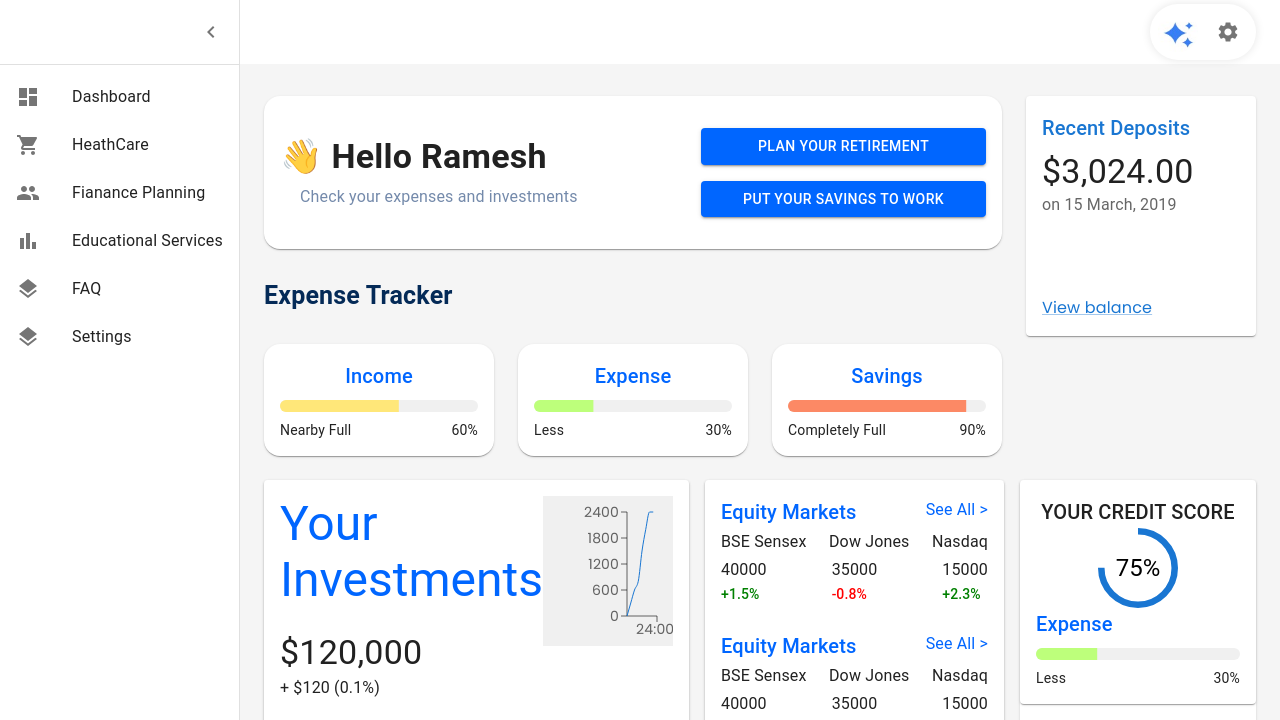
Repository: shubhampirate/TIAA_Retirement_hackathon
Page: /
These files come from the project's save history. The page is drawn as it stood at one moment and after the next save; the edit follows.
The browser window is 1280 px wide. The pictures show the whole page.
An inner scrolling area shows only its first screen. The project was rebuilt for these pictures with package versions that can differ from the ones it lists, and the page was loaded fresh each time. Also part of the build but not shown: src/Components/CustomButton.jsx, src/Components/Navbar.jsx, src/Components/Properties.jsx, src/Components/Footer.jsx, src/Components/Hero.jsx, src/pages/Sign_In.jsx.

Above is the page before, as saved 2023-11-15 13:04:34.

### src/index.css
@import url("https://fonts.googleapis.com/css2?family=Poppins:wght@400;500;700&display=swap");

* {
  margin: 0;
  padding: 0;
  box-sizing: border-box;
  font-family: "Poppins", sans-serif;
}

body {
  margin: 0;
  -webkit-font-smoothing: antialiased;
  -moz-osx-font-smoothing: grayscale;
}

code {
  font-family: source-code-pro, Menlo, Monaco, Consolas, "Courier New",
    monospace;
}

### src/App.jsx
import Hero from "./Components/Hero";
import SignIn from "./pages/Sign_In";
import Dashboard from "./Components/Dashboard";

function App() {
  return (
    <>
      {/* <Hero /> */}
      {/* <SignIn/> */}
      <Dashboard />
    </>
  );
}

export default App;

### src/Components/Dashboard.jsx
import * as React from 'react';
import { styled, createTheme, ThemeProvider } from '@mui/material/styles';
import CssBaseline from '@mui/material/CssBaseline';
import MuiDrawer from '@mui/material/Drawer';
import Box from '@mui/material/Box';
import MuiAppBar from '@mui/material/AppBar';
import Toolbar from '@mui/material/Toolbar';
import List from '@mui/material/List';
import Typography from '@mui/material/Typography';
import Divider from '@mui/material/Divider';
import IconButton from '@mui/material/IconButton';
// import Badge from '@mui/material/Badge';
import Container from '@mui/material/Container';
import Grid from '@mui/material/Grid';
import Paper from '@mui/material/Paper';
// import Link from '@mui/material/Link';
import MenuIcon from '@mui/icons-material/Menu';
import ChevronLeftIcon from '@mui/icons-material/ChevronLeft';
// import NotificationsIcon from '@mui/icons-material/Notifications';
import SettingsIcon from '@mui/icons-material/Settings';
import { mainListItems } from './listItems';
// import Chart from './Chart';
import Deposits from './Deposits';

import heroImg_3 from "../media/img_3.jpeg";
import Button from '@mui/material/Button';
import LinearProgress from '@mui/material/LinearProgress';
import YourComponent from './YourComponent';

  const Title = styled(Typography)(({ theme }) => ({
    fontSize: "25px",
    color: "#042A57",
    fontWeight: "bold",
    textAlign: "left",
    margin: theme.spacing(4, 0, 4, 0),
    [theme.breakpoints.down("sm")]: {
      fontSize: "30px",
    },
  }));
const drawerWidth = 240;

const AppBar = styled(MuiAppBar, {
  shouldForwardProp: (prop) => prop !== 'open',
})(({ theme, open }) => ({
  zIndex: theme.zIndex.drawer + 1,
  transition: theme.transitions.create(['width', 'margin'], {
    easing: theme.transitions.easing.sharp,
    duration: theme.transitions.duration.leavingScreen,
  }),
  ...(open && {
    marginLeft: drawerWidth,
    width: `calc(100% - ${drawerWidth}px)`,
    transition: theme.transitions.create(['width', 'margin'], {
      easing: theme.transitions.easing.sharp,
      duration: theme.transitions.duration.enteringScreen,
    }),
  }),
}));


const ProgressBarBox = ({ title, value }) => {
    let indicatorText = '';
    let color = '';

    if (value <= 30) {
      indicatorText = 'Less';
      color = '#BDFF7B';
    } else if (value <= 70) {
      indicatorText = 'Nearby Full';
      color = '#FFE779';
    } else {
      indicatorText = 'Completely Full';
      color = '#FC8965';
    }

    return (
      <Grid item xs={12} sm={6} md={4}>
        <Paper
          sx={{
            p: 2,
            display: 'flex',
            flexDirection: 'column',
            alignItems: 'center',
            borderRadius: '16px',
          }}
        >
          <Typography variant="h6" sx={{ mb: 1, color: "#0066FF" }}>
            {title}
          </Typography>
          <LinearProgress
          variant="determinate"
          value={value}
          sx={{
            width: '100%',
            height: '12px',
            borderRadius: '8px',
            backgroundColor: '#f0f0f0',
            marginBottom: '8px',
            '& .MuiLinearProgress-bar': {
              backgroundColor: color,
            },
          }}
        />

          <Box
          sx={{
            display: 'flex',
            justifyContent: 'space-between',
            width: '100%',

          }}
        >
          <Typography variant="body2">{indicatorText}</Typography>
          <Typography variant="body2">{value}%</Typography>
        </Box>
        </Paper>
      </Grid>
    );
  };
const Drawer = styled(MuiDrawer, { shouldForwardProp: (prop) => prop !== 'open' })(
  ({ theme, open }) => ({
    '& .MuiDrawer-paper': {
      position: 'relative',
      whiteSpace: 'nowrap',
      width: drawerWidth,
      transition: theme.transitions.create('width', {
        easing: theme.transitions.easing.sharp,
        duration: theme.transitions.duration.enteringScreen,
      }),
      boxSizing: 'border-box',
      ...(!open && {
        overflowX: 'hidden',
        transition: theme.transitions.create('width', {
          easing: theme.transitions.easing.sharp,
          duration: theme.transitions.duration.leavingScreen,
        }),
        width: theme.spacing(7),
        [theme.breakpoints.up('sm')]: {
          width: theme.spacing(9),
        },
      }),
    },
  }),
);

// TODO remove, this demo shouldn't need to reset the theme.
const defaultTheme = createTheme();

export default function Dashboard() {
  const [open, setOpen] = React.useState(true);
  const toggleDrawer = () => {
    setOpen(!open);
  };

  return (
    <ThemeProvider theme={defaultTheme}>
      <Box sx={{ display: 'flex' }}>
        <CssBaseline />
        <AppBar position="absolute" open={open} sx={{ backgroundColor: "#fff", boxShadow: 'none' }}>
  <Toolbar
    sx={{
      pr: '24px', // keep right padding when drawer closed
      display: 'flex',
      alignItems: 'center',
      justifyContent: 'space-between',
    }}
  >
    <Box sx={{ display: 'flex', alignItems: 'center' }}>
      <IconButton
        edge="start"
        aria-label="open drawer"
        onClick={toggleDrawer}
        sx={{
          marginRight: '36px',
          ...(open && { display: 'none' }),
        }}
      >
        <MenuIcon />
      </IconButton>

    </Box>

    <Box sx={{ display: 'flex', alignItems: 'center', boxShadow: '0px 0px 10px rgba(0, 0, 0, 0.1)', borderRadius: '40px', padding: '8px' }}>
  {/* User profile image */}
  <img
    src={heroImg_3}
    alt="User Profile"
    style={{ borderRadius: '50%', width: '40px', height: '40px', marginRight: '10px' }}
  />

  {/* Settings button */}
  <IconButton >

    <SettingsIcon />
  </IconButton>
</Box>
  </Toolbar>
</AppBar>

        <Drawer variant="permanent" open={open}>
          <Toolbar
            sx={{
              display: 'flex',
              alignItems: 'center',
              justifyContent: 'flex-end',
              px: [1],
            }}
          >
            <IconButton onClick={toggleDrawer}>
              <ChevronLeftIcon />
            </IconButton>
          </Toolbar>
          <Divider />
          <List component="nav">
            {mainListItems}
            {/* <Divider sx={{ my: 1 }} /> */}
            {/* {secondaryListItems} */}
          </List>
        </Drawer>
        <Box
          component="main"
          sx={{
            backgroundColor: (theme) =>
              theme.palette.mode === 'light'
                ? theme.palette.grey[100]
                : theme.palette.grey[900],
            flexGrow: 1,
            height: '100vh',
            overflow: 'auto',
          }}
        >
          <Toolbar />
          <Container maxWidth="lg" sx={{ mt: 4, mb: 4 }}>
            <Grid container spacing={3}>

            <Grid item xs={12} md={8} lg={9}>
  <Paper
    sx={{
      p: 2,
      display: 'flex',
      flexDirection: 'column',
      alignItems: 'center',
      borderRadius: '16px', // Adjust the value as needed for more or less curvature
    }}
  >
    {/* Left side content */}
    <Grid container spacing={2} alignItems="center">
      <Grid item xs={12} md={7 }>
        <Typography variant="h4" sx={{ mb: 1, fontWeight: 'bold'}}>
        👋  Hello Ramesh
        </Typography>
        <Typography variant="body1" sx={{color:"#748AAB", paddingLeft:"20px"}}>
          Check your expenses and investments
        </Typography>
      </Grid>

      {/* Right side content */}
      <Grid item xs={12} md={5} sx={{ display: 'flex', flexDirection: 'column', alignItems: 'center' }}>
        <Button variant="contained"  sx={{ width: '100%', backgroundColor: '#0066FF', color: '#fff', mb: { xs: 1, md: 2 } ,mt:{xs:0, md:2}  }}>
        Plan your retirement
        </Button>
        <Button variant="contained"  sx={{ width: '100%', backgroundColor: '#0066FF', color: '#fff', mb:{xs:1, md:2} }}>
        Put your savings to work
        </Button>
      </Grid>
    </Grid>
  </Paper>
  <Title variant="h4" sx={{color: "#042A57"}}>
             Expense Tracker
            </Title>
            <Grid container spacing={3}>
      <ProgressBarBox title="Income" value={60} />
      <ProgressBarBox title="Expense" value={30} />
      <ProgressBarBox title="Savings" value={90} />
    </Grid>
</Grid>


               {/* Recent Deposits */}
              <Grid item xs={12} md={4} lg={3}>
                <Paper
                  sx={{
                    p: 2,
                    display: 'flex',
                    flexDirection: 'column',
                    height: 240,
                  }}
                >
                  <Deposits />
                </Paper>
              </Grid>
              {/* Recent Orders */}
              <Grid item xs={12}>
                {/* <Paper sx={{ p: 2, display: 'flex', flexDirection: 'column' }}> */}
                  <YourComponent />
                {/* </Paper> */}
              </Grid>
            </Grid>

          </Container>
        </Box>
      </Box>
    </ThemeProvider>
  );
}

### src/Components/listItems.jsx
import * as React from 'react';
import ListItemButton from '@mui/material/ListItemButton';
import ListItemIcon from '@mui/material/ListItemIcon';
import ListItemText from '@mui/material/ListItemText';
import ListSubheader from '@mui/material/ListSubheader';
import DashboardIcon from '@mui/icons-material/Dashboard';
import ShoppingCartIcon from '@mui/icons-material/ShoppingCart';
import PeopleIcon from '@mui/icons-material/People';
import BarChartIcon from '@mui/icons-material/BarChart';
import LayersIcon from '@mui/icons-material/Layers';
import AssignmentIcon from '@mui/icons-material/Assignment';

export const mainListItems = (
  <React.Fragment>
    <ListItemButton>
      <ListItemIcon>
        <DashboardIcon />
      </ListItemIcon>
      <ListItemText primary="Dashboard" />
    </ListItemButton>
    <ListItemButton>
      <ListItemIcon>
        <ShoppingCartIcon />
      </ListItemIcon>
      <ListItemText primary="HeathCare" />
    </ListItemButton>
    <ListItemButton>
      <ListItemIcon>
        <PeopleIcon />
      </ListItemIcon>
      <ListItemText primary="Fianance Planning" />
    </ListItemButton>
    <ListItemButton>
      <ListItemIcon>
        <BarChartIcon />
      </ListItemIcon>
      <ListItemText primary="Educational Services" />
    </ListItemButton>
    <ListItemButton>
      <ListItemIcon>
        <LayersIcon />
      </ListItemIcon>
      <ListItemText primary="FAQ" />
    </ListItemButton>
    <ListItemButton>
      <ListItemIcon>
        <LayersIcon />
      </ListItemIcon>
      <ListItemText primary="Settings" />
    </ListItemButton>
  </React.Fragment>
);

// export const secondaryListItems = (
//   <React.Fragment>
//     <ListSubheader component="div" inset>
//       Saved reports
//     </ListSubheader>
//     <ListItemButton>
//       <ListItemIcon>
//         <AssignmentIcon />
//       </ListItemIcon>
//       <ListItemText primary="Current month" />
//     </ListItemButton>
//     <ListItemButton>
//       <ListItemIcon>
//         <AssignmentIcon />
//       </ListItemIcon>
//       <ListItemText primary="Last quarter" />
//     </ListItemButton>
//     <ListItemButton>
//       <ListItemIcon>
//         <AssignmentIcon />
//       </ListItemIcon>
//       <ListItemText primary="Year-end sale" />
//     </ListItemButton>
//   </React.Fragment>
// );

### src/Components/YourComponent.jsx
import React from 'react';
import { Box,Grid, Paper, Typography, CircularProgress, LinearProgress, Button } from '@mui/material';
import Chart from './Chart';
// import ArrowForwardIcon from '@mui/icons-material/ArrowForward';



const InvestmentsBox = () => (
  <Paper sx={{ p: 2, display: 'flex', flexDirection: 'column', alignItems: 'center' }}>
    <div style={{ display: 'flex', justifyContent: 'space-between', width: '100%' }}>
      <div style={{ textAlign: 'left' }}>
        <Typography variant="h3" sx={{color: '#0066FF' }}>Your Investments</Typography>
        <Typography variant="h4" sx={{mt:3}}>$120,000</Typography>
        <Typography variant="subtitle1">+ $120 (0.1%)</Typography>
        {/* Options to choose from */}
        <div style={{ display: 'flex', marginTop: '30px' }}>
          <Button
            variant="contained"
            style={{
              backgroundColor: '#042A57',
              color: '#FFF',
              borderRadius: '50%',
              minWidth: 'unset',
              marginRight: '5px',
            }}
          >
            1 D
          </Button>
          <Button
            variant="contained"
            style={{
              backgroundColor: '#042A57',
              color: '#FFF',
              borderRadius: '50%',
              minWidth: 'unset',
              marginRight: '5px',
            }}
          >
            1 M
          </Button>
          <Button
            variant="contained"
            style={{
              backgroundColor: '#042A57',
              color: '#FFF',
              borderRadius: '50%',
              minWidth: 'unset',
            }}
          >
            1 Y
          </Button>
        </div>
      </div>
      {/* Chart (replace with your actual chart component) */}
      <div style={{ width: '50%', height: '150px', backgroundColor: '#f0f0f0' }}>
        {/* Replace this div with your actual chart component */}
        <div style={{ width: '100%', height: '100%', display: 'flex', justifyContent: 'center', alignItems: 'center' }}>
          <Chart />
        </div>
      </div>
    </div>
  </Paper>
);


const EquityMarketsBox = () => {
  // Mock data for market values
  const marketData = [
    { name: 'BSE Sensex', currentPrice: 40000, increasePercentage: 1.5 },
    { name: 'Dow Jones', currentPrice: 35000, increasePercentage: -0.8 },
    { name: 'Nasdaq', currentPrice: 15000, increasePercentage: 2.3 },
  ];

  return (
    <Paper sx={{ p: 2, display: 'flex', flexDirection: 'column' }}>
  <Typography variant="h6" style={{ display: 'flex', justifyContent: 'space-between', color: '#0066FF' }}>
        Equity Markets
        <Typography variant="subtitle1" style={{ cursor: 'pointer' }}>
          See All &gt;
        </Typography>
      </Typography>
    {/* Display market names in the first line */}
    <div style={{ display: 'flex', justifyContent: 'space-between' }}>
      {marketData.map((market) => (
        <Typography key={market.name} variant="subtitle1">{market.name}</Typography>
      ))}
    </div>
    {/* Display market values in the second line */}
    <div style={{ display: 'flex', justifyContent: 'space-between' }}>
      {marketData.map((market) => (
        <div key={market.name}>
          <Typography variant="subtitle1">{market.currentPrice}</Typography>
          <Typography variant="subtitle2" style={{ color: market.increasePercentage >= 0 ? 'green' : 'red' }}>
            {market.increasePercentage >= 0 ? '+' : ''}{market.increasePercentage}%
          </Typography>
        </div>
      ))}
    </div>
 <br />
  <Typography variant="h6" style={{ display: 'flex', justifyContent: 'space-between', color: '#0066FF' }}>
        Equity Markets
        <Typography variant="subtitle1" style={{ cursor: 'pointer' }}>
          See All &gt;
        </Typography>
      </Typography>
    {/* Display market names in the first line */}
    <div style={{ display: 'flex', justifyContent: 'space-between' }}>
      {marketData.map((market) => (
        <Typography key={market.name} variant="subtitle1">{market.name}</Typography>
      ))}
    </div>
    {/* Display market values in the second line */}
    <div style={{ display: 'flex', justifyContent: 'space-between' }}>
      {marketData.map((market) => (
        <div key={market.name}>
          <Typography variant="subtitle1">{market.currentPrice}</Typography>
          <Typography variant="subtitle2" style={{ color: market.increasePercentage >= 0 ? 'green' : 'red' }}>
            {market.increasePercentage >= 0 ? '+' : ''}{market.increasePercentage}%
          </Typography>
        </div>
      ))}
    </div>

  </Paper>
);
};



// Component for the third box
  // Component for the first box
const ProgressBarBox = ({ title, value }) => {
    let indicatorText = '';
    let color = '';

    if (value <= 30) {
      indicatorText = 'Less';
      color = '#BDFF7B';
    } else if (value <= 70) {
      indicatorText = 'Nearby Full';
      color = '#FFE779';
    } else {
      indicatorText = 'Completely Full';
      color = '#FC8965';
    }

    return (
      <Grid container>
        <Typography variant="h6" sx={{ mb: 1, color: "#0066FF" }}>
          {title}
        </Typography>
        <LinearProgress
          variant="determinate"
          value={value}
          sx={{
            width: '100%',
            height: '12px',
            borderRadius: '8px',
            backgroundColor: '#f0f0f0',
            marginBottom: '8px',
            '& .MuiLinearProgress-bar': {
              backgroundColor: color,
            },
          }}
        />
        <Box
          sx={{
            display: 'flex',
            justifyContent: 'space-between',
            width: '100%',
          }}
        >
          <Typography variant="body2">{indicatorText}</Typography>
          <Typography variant="body2">{value}%</Typography>
        </Box>
      </Grid>
    );
  };

  // Component for the third box
  const CreditScoreBox = () => (
    <Paper sx={{ p: 2, display: 'flex', flexDirection: 'column', alignItems: 'center', position: 'relative' }}>
      <Typography variant="h6">YOUR CREDIT SCORE</Typography>
      {/* Circular Progress Bar */}
      <div style={{ position: 'relative', width: '80px', height: '80px' }}>
        <CircularProgress variant="determinate" value={75} size={80} />
        {/* Display the percentage in the center of the circular progress bar */}
        <Typography
          variant="h5"
          style={{
            position: 'absolute',
            top: '50%',
            left: '50%',
            transform: 'translate(-50%, -50%)',
            color: '#000', // Adjust text color as needed
          }}
        >
          75%
        </Typography>
      </div>
      {/* Include ProgressBarBox with the entire width */}
      <ProgressBarBox title="Expense" value={30} />
    </Paper>
  );

// Main component
const YourComponent = () => (
  <Grid container spacing={2} >
  <Grid item xs={12} md={9}>
    <Grid container spacing={2} style={{ height: '100%' }}>
      <Grid item xs={12} md={8} lg={7}>
        <Paper sx={{ minHeight: '100%' }}>
          <InvestmentsBox />
        </Paper>
      </Grid>
      <Grid item xs={12} md={4} lg={5}>
        <Paper sx={{ minHeight: '100%' }}>
          <EquityMarketsBox />
        </Paper>
      </Grid>
    </Grid>
  </Grid>
  <Grid item xs={12} md={3}>
    <Paper sx={{ minHeight: '100%' }}>
      <CreditScoreBox />
    </Paper>
  </Grid>
</Grid>
);

export default YourComponent;

### src/Components/Chart.jsx
import * as React from 'react';
import { useTheme } from '@mui/material/styles';
import { LineChart, Line, XAxis, YAxis, Label, ResponsiveContainer } from 'recharts';
import Title from './Title';

// Generate Sales Data
function createData(time, amount) {
  return { time, amount };
}

const data = [
  createData('00:00', 0),
  createData('03:00', 300),
  createData('06:00', 600),
  createData('09:00', 800),
  createData('12:00', 1500),
  createData('15:00', 2000),
  createData('18:00', 2400),
  createData('21:00', 2400),
  createData('24:00', undefined),
];

export default function Chart() {
  const theme = useTheme();

  return (
    <React.Fragment>
      {/* <Title>Today</Title> */}
      <ResponsiveContainer>
        <LineChart
          data={data}
          margin={{
            top: 16,
            right: 16,
            bottom: 0,
            left: 24,
          }}
        >
          <XAxis
            dataKey="time"
            stroke={theme.palette.text.secondary}
            style={theme.typography.body2}
          />
          <YAxis
            stroke={theme.palette.text.secondary}
            style={theme.typography.body2}
          >
            {/* <Label
              angle={270}
              position="left"
              style={{
                textAnchor: 'middle',
                fill: theme.palette.text.primary,
                ...theme.typography.body1,
              }}
            >
              Sales ($)
            </Label> */}
          </YAxis>
          <Line
            isAnimationActive={false}
            type="monotone"
            dataKey="amount"
            stroke={theme.palette.primary.main}
            dot={false}
          />
        </LineChart>
      </ResponsiveContainer>
    </React.Fragment>
  );
}

Loaded but not shown: public/index.html (common file); src/index.js (common file); src/Components/Deposits.jsx (common file); src/Components/Title.jsx (common file)

After the next save:
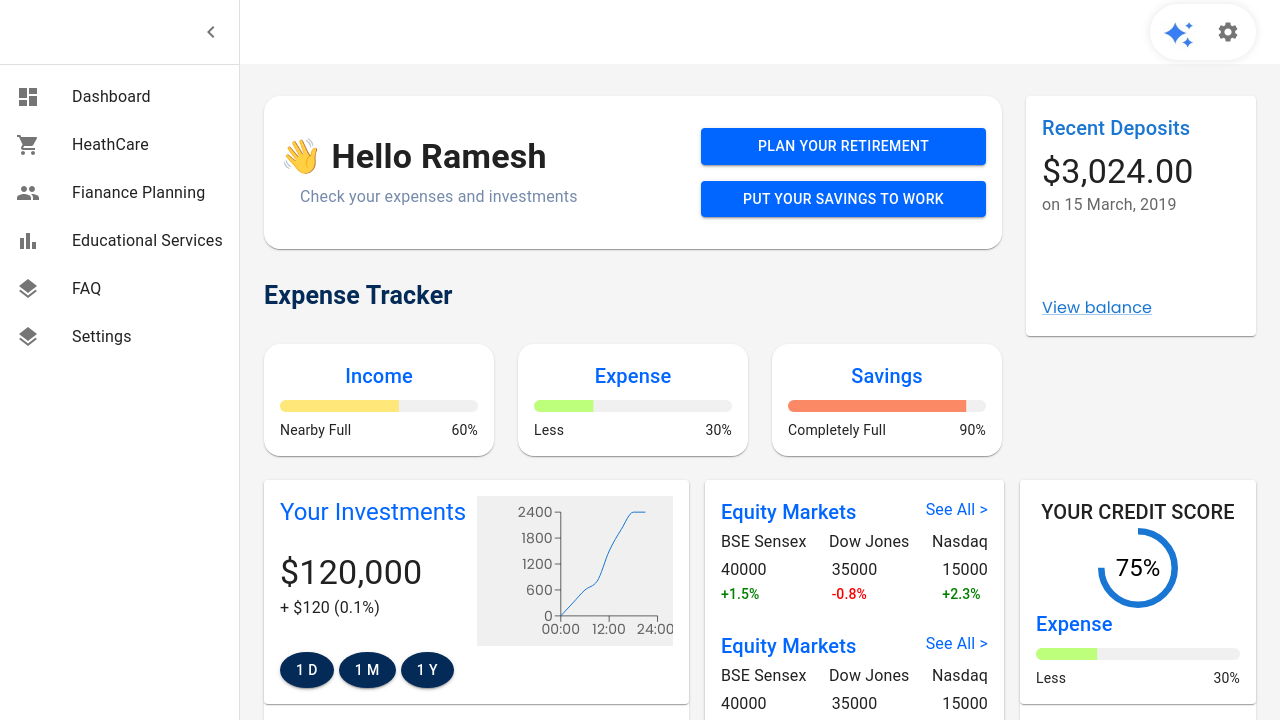
Saved 6 s later.
--- a/src/Components/YourComponent.jsx
+++ b/src/Components/YourComponent.jsx
@@ -9,7 +9,7 @@ const InvestmentsBox = () => (
   <Paper sx={{ p: 2, display: 'flex', flexDirection: 'column', alignItems: 'center' }}>
     <div style={{ display: 'flex', justifyContent: 'space-between', width: '100%' }}>
       <div style={{ textAlign: 'left' }}>
-        <Typography variant="h3" sx={{color: '#0066FF' }}>Your Investments</Typography>
+        <Typography variant="h5" sx={{color: '#0066FF' }}>Your Investments</Typography>
         <Typography variant="h4" sx={{mt:3}}>$120,000</Typography>
         <Typography variant="subtitle1">+ $120 (0.1%)</Typography>
         {/* Options to choose from */}
